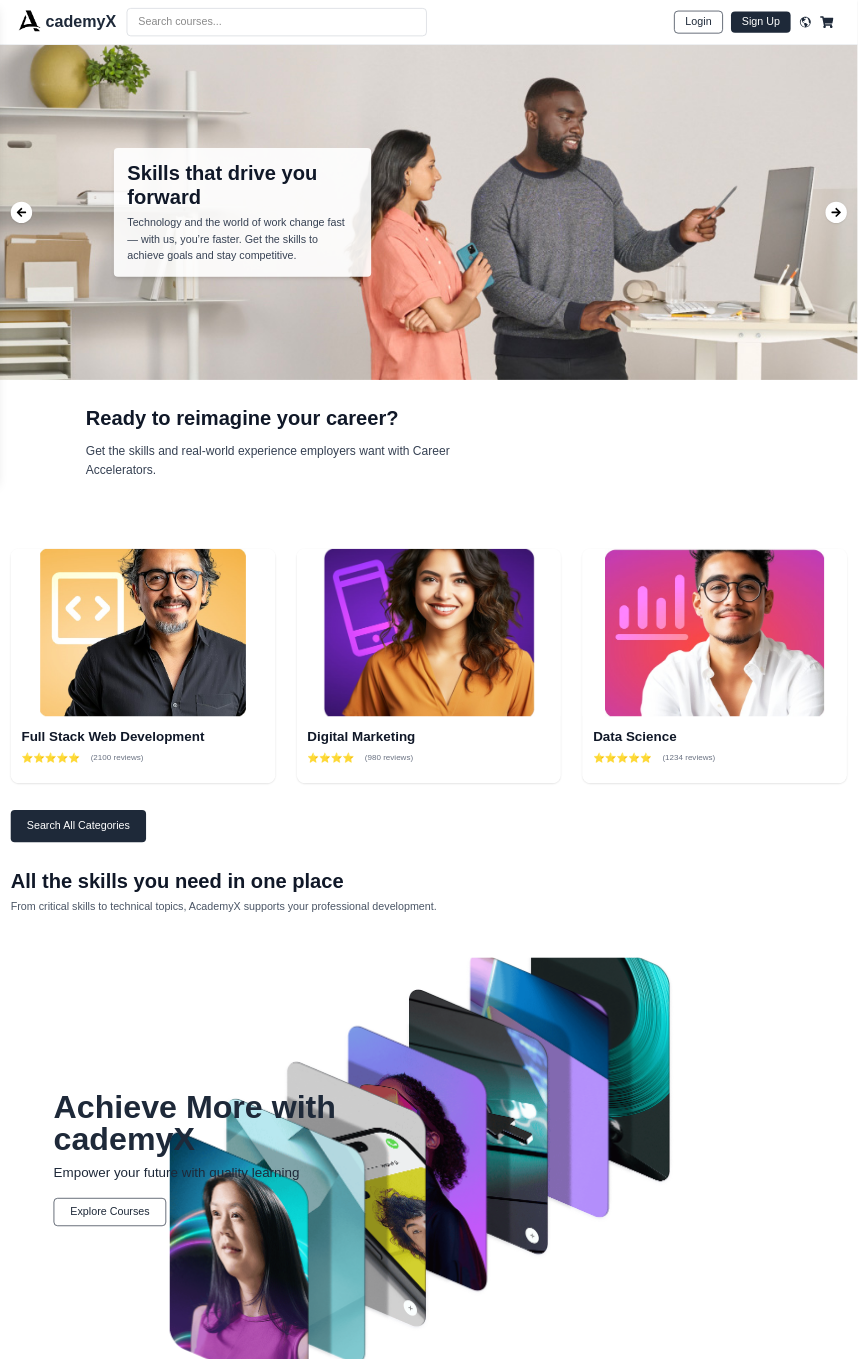
Repository: MohamedSalah54/full-stack-e-learning
Page: / (app in frontend/)
These files come from the project's save history. The page is drawn as it stood at one moment and after the next save; the edit follows.
The browser window is 1280 px wide. The pictures show the whole page, at 67% of full size.
The project was rebuilt for these pictures with package versions that can differ from the ones it lists, and the page was loaded fresh each time. The framework's server and built-in components were replaced by stand-ins that run in the browser. Also part of the build but not shown: frontend/next.config.ts.

Above is the page before, as saved 2025-06-15 15:31:04.

### frontend/src/app/layout.tsx
import type { Metadata } from "next";
import { Geist, Geist_Mono } from "next/font/google";
import "./globals.css";
import { Providers } from "@/app/providers";
import Navbar from "@/components/Navbar";

const geistSans = Geist({
  variable: "--font-geist-sans",
  subsets: ["latin"],
});

const geistMono = Geist_Mono({
  variable: "--font-geist-mono",
  subsets: ["latin"],
});

export const metadata: Metadata = {
  title: "Create Next App",
  description: "Generated by create next app",
};

export default function RootLayout({
  children,
}: Readonly<{
  children: React.ReactNode;
}>) {
  return (
    <html lang="en">
      <body
        className={`${geistSans.variable} ${geistMono.variable} antialiased`}
      >
        <Navbar/>
        <Providers>{children}</Providers>

      </body>
    </html>
  );
}

### frontend/src/app/page.tsx
import HeroBannerFixed from "@/components/home/HeroBannerFixed"
import HeroBannerSlider from "@/components/home/HeroBannerSlider"
import HeroCategories from "@/components/home/HeroCategories"

const Home = () => {
  return (
    <main className="flex flex-col items-center justify-center">
        <HeroBannerSlider/>
        <HeroCategories/>
        <HeroBannerFixed/>
    </main>
  )
}

export default Home

### frontend/src/app/providers.jsx
'use client';

import { Provider } from 'react-redux';
import { store } from '@/redux/store/store';
export function Providers({ children }) {
  return <Provider store={store}>{children}</Provider>;
}

### frontend/src/components/Navbar.tsx
'use client';

import { useState } from 'react';
import { FaShoppingCart, FaBars, FaTimes, FaSearch } from 'react-icons/fa';
import { IoMdGlobe } from 'react-icons/io';
import { useRouter } from 'next/navigation';

export default function Navbar() {
  const [isSidebarOpen, setIsSidebarOpen] = useState(false);
  const router = useRouter();
  const [isSearchOpen, setIsSearchOpen] = useState(false);


  return (
    <>
      {/* Navbar */}
      <nav className="bg-white shadow-sm border-b border-gray-200 py-3 px-4 sm:px-6">
        <div className="max-w-7xl mx-auto flex items-center justify-between">
          {/* Left - Hamburger + Logo */}
          <div className="flex items-center space-x-2">
            {/* Hamburger Icon - Visible on mobile only */}
            <button
              className="block md:hidden text-xl text-gray-800"
              onClick={() => setIsSidebarOpen(true)}
            >
              <FaBars />
            </button>

            {/* Logo */}
            <div
              className="flex items-center cursor-pointer"
              onClick={() => router.push('/')}
            >
              <div className="relative h-10 w-10">
                <img
                  src="/logo.png"
                  alt="Logo"
                  className="h-full w-full object-contain block"
                />
              </div>
              <span className="text-2xl font-bold text-gray-800 leading-none ml-1">
                cademyX
              </span>
            </div>
          </div>

          {/* Middle - Search (hidden on small screens) */}
          <div className="hidden md:flex flex-1 max-w-md mx-4">
            <input
              type="text"
              placeholder="Search courses..."
              className="w-full border border-gray-300 rounded-md px-4 py-2 focus:outline-none focus:ring-1 focus:ring-gray-800"
            />
          </div>

          {/* Right - Search & Cart (Always Visible) */}
          <div className="flex items-center space-x-3 ml-auto">
            <button
              className="hidden md:block px-4 py-1 border border-gray-800 text-gray-800 rounded-md hover:bg-gray-100 transition"
              onClick={() => router.push('/auth/login')}
            >
              Login
            </button>
            <button
              className="hidden md:block px-4 py-1 bg-gray-800 text-white rounded-md hover:bg-gray-700 transition"
              onClick={() => router.push('/auth/register')}
            >
              Sign Up
            </button>

            <IoMdGlobe className="hidden md:block text-gray-800 text-xl cursor-pointer hover:scale-110 transition" />

            <FaShoppingCart className="text-gray-800 text-xl cursor-pointer hover:scale-110 transition" />

            <FaSearch
              className="md:hidden text-gray-800 text-xl cursor-pointer hover:scale-110 transition"
              onClick={() => setIsSearchOpen(true)}
            />
          </div>


        </div>
      </nav>

      {isSearchOpen && (
        <div className="fixed inset-0 z-50 bg-white flex flex-col items-center justify-start px-4 pt-10">
          <div className="w-full max-w-2xl flex items-center gap-3 border-b border-gray-300 pb-2">
            <FaSearch className="text-gray-800 text-2xl" />

            {/* Search Input */}
            <input
              type="text"
              placeholder="Search courses..."
              autoFocus
              className="w-full text-lg focus:outline-none"
            />

            <FaTimes
              className="text-gray-800 text-2xl cursor-pointer"
              onClick={() => setIsSearchOpen(false)}
            />
          </div>
        </div>
      )}



      {/* Sidebar (Mobile) */}
      <div
        className={`fixed top-0 left-0 h-full w-64 bg-white shadow-lg z-50 transform transition-transform duration-300 ${isSidebarOpen ? 'translate-x-0' : '-translate-x-full'
          }`}
      >
        {/* Close Button */}
        <div className="flex justify-between items-center px-4 py-3 border-b">
          <h2 className="text-lg font-semibold">Menu</h2>
          <button
            onClick={() => setIsSidebarOpen(false)}
            className="text-xl text-gray-600"
          >
            <FaTimes />
          </button>
        </div>

        {/* Sidebar Links */}
        <div className="p-4 space-y-4">
          <button
            onClick={() => {
              router.push('/auth/login');
              setIsSidebarOpen(false);
            }}
            className="w-full text-left text-gray-800 hover:text-gray-600"
          >
            Login
          </button>
          <button
            onClick={() => {
              router.push('/auth/register');
              setIsSidebarOpen(false);
            }}
            className="w-full text-left text-gray-800 hover:text-gray-600"
          >
            Sign Up
          </button>
          <div className="border-t pt-4">
            <p className="text-gray-500 text-sm font-medium mb-2">Categories</p>
            <ul className="space-y-2">
              <li className="cursor-pointer hover:text-gray-600">Web Development</li>
              <li className="cursor-pointer hover:text-gray-600">Design</li>
              <li className="cursor-pointer hover:text-gray-600">Marketing</li>
            </ul>
          </div>
        </div>
      </div>

      {/* Overlay */}
      {isSidebarOpen && (
        <div
          className="fixed inset-0 bg-black/40 z-40"
          onClick={() => setIsSidebarOpen(false)}
        ></div>
      )}
    </>
  );
}

### frontend/src/components/home/HeroBannerFixed.tsx
// components/HeroBannerFixed.tsx
'use client';

import React from 'react';

const HeroBannerFixed = () => {
  return (
    <section className="relative w-full h-[400px] md:h-[500px] lg:h-[600px] overflow-hidden">
      {/* Background Image */}
      <img
        src="/hero-fixed.png" // غيّر المسار حسب صورتك
        alt="Hero"
        className="w-full h-full object-cover"
      />

      {/* Overlay Content */}
      <div className="absolute inset-0 flex items-center justify-start px-6 md:px-20">
        <div className="text-white max-w-md">
          <h1 className="text-3xl md:text-5xl font-bold mb-3 text-gray-800">Achieve More with cademyX</h1>
          <span className="block text-lg md:text-xl mb-6 text-gray-800">Empower your future with quality learning</span>
          <button className="px-6 py-2 border border-gray-800 text-gray-800 bg-white rounded-md hover:bg-gray-100 transition">
            Explore Courses
          </button>
        </div>
      </div>
    </section>
  );
};

export default HeroBannerFixed;

### frontend/src/components/home/HeroBannerSlider.tsx
"use client";

import React, { useState } from "react";
import { FaArrowLeft, FaArrowRight } from "react-icons/fa";
import { heroSlides } from "@/constants";

const slides = heroSlides;

const HeroBannerSlider = () => {
  const [current, setCurrent] = useState(0);

  const nextSlide = () => {
    setCurrent((prev) => (prev + 1) % slides.length);
  };

  const prevSlide = () => {
    setCurrent((prev) => (prev - 1 + slides.length) % slides.length);
  };

  return (
    <>
      {/* Slider Section */}
      <section className="w-full relative bg-white overflow-hidden">
        {/* Wrapper for center and padding on large screens */}
        <div className="w-full max-w-screen-xl mx-auto relative h-[300px] sm:h-[400px] md:h-[500px]">
          {slides.map((slide, index) => (
            <img
              key={index}
              src={slide.image}
              alt="Hero"
              className={`absolute top-0 left-0 w-full h-full object-cover object-[60%] transition-opacity duration-700 ${
                index === current ? "opacity-100 z-10" : "opacity-0 z-0"
              }`}
            />
          ))}

          {/* Arrows */}
          <button
            onClick={prevSlide}
            className="absolute top-1/2 left-4 transform -translate-y-1/2 bg-white text-black p-2 rounded-full shadow hover:bg-gray-200 z-40"
          >
            <FaArrowLeft />
          </button>
          <button
            onClick={nextSlide}
            className="absolute top-1/2 right-4 transform -translate-y-1/2 bg-white text-black p-2 rounded-full shadow hover:bg-gray-200 z-40"
          >
            <FaArrowRight />
          </button>

          {/* Text Box for Large Screens */}
          <div className="hidden md:block absolute top-1/2 left-[170px] transform -translate-y-1/2 z-30">
            <div className="bg-white/90 p-5 rounded-md max-w-sm shadow-md">
              <h1 className="text-2xl lg:text-3xl font-bold text-gray-900 mb-2">
                {slides[current].title}
              </h1>
              <p className="text-gray-700 text-base">{slides[current].description}</p>
            </div>
          </div>
        </div>
      </section>

      {/* Text Below Image for Small Screens */}
      <div className="block md:hidden w-full bg-white pt-6 px-4">
        <div className="bg-white p-0 shadow-none rounded-none">
          <h1 className="text-xl font-bold text-gray-900 mb-2">{slides[current].title}</h1>
          <p className="text-gray-700 text-sm">{slides[current].description}</p>
        </div>
      </div>

      {/* Section Below */}
      <div className="w-full text-left py-10 bg-white px-4 sm:px-10 md:px-32">
        <h1 className="text-2xl sm:text-3xl font-bold text-gray-900 mb-4">
          Ready to reimagine your career?
        </h1>
        <p className="text-base sm:text-lg text-gray-700 max-w-xl">
          Get the skills and real-world experience employers want with Career Accelerators.
        </p>
      </div>
    </>
  );
};

export default HeroBannerSlider;

### frontend/src/components/home/HeroCategories.tsx
import { heroCategories } from "@/constants";

const HeroCategories = () => {
    const categories = heroCategories
    return (
       <section className="w-full py-16 px-4 bg-white">
  {/* Cards */}
  <div className="max-w-7xl mx-auto grid grid-cols-1 sm:grid-cols-2 lg:grid-cols-3 gap-8">
    {categories.map((cat, index) => (
      <div
        key={index}
        className="bg-white rounded-xl overflow-hidden shadow transition min-h-[350px] hover:bg-gray-100 cursor-pointer"
      >
        <img
          src={cat.image}
          alt={cat.title}
          className="w-full h-[250px] object-contain bg-white"
        />
        <div className="p-4">
          <h3 className="text-xl font-semibold text-gray-900 mb-2">{cat.title}</h3>
          <p className="text-sm text-gray-600 flex items-center gap-2">
            {"⭐".repeat(Math.round(cat.rating))}
            <span className="text-xs text-gray-500 ml-2">
              ({cat.reviews} reviews)
            </span>
          </p>
        </div>
      </div>
    ))}
  </div>

  {/* Search button */}
  <div className="flex justify-start mt-10 max-w-7xl mx-auto">
    <button className="bg-gray-800 text-white px-6 py-3 rounded-md hover:bg-gray-700 transition cursor-pointer">
      Search All Categories
    </button>
  </div>

  {/* Heading + Span */}
  <div className="text-left mt-10 max-w-7xl mx-auto">
    <h1 className="text-3xl font-bold text-gray-900 mb-2">
      All the skills you need in one place
    </h1>
    <span className="text-gray-600 text-base">
      From critical skills to technical topics, AcademyX supports your professional development.
    </span>
  </div>
</section>

    );
};

export default HeroCategories;

### frontend/src/constants/index.ts
//Home Page
export const heroSlides = [
    {
        image: "/banner1.jpg",
        title: "Skills that drive you forward",
        description: "Technology and the world of work change fast — with us, you’re faster. Get the skills to achieve goals and stay competitive.",
    },
    {
        image: "/banner2.jpg",
        title: "Learning that gets you",
        description: "Skills for your present (and your future). Get started with us.",
    },
];

export const heroCategories = [
    {
        title: "Full Stack Web Development",
        image: "/full-stack.jpg",
        rating: 5.0,
        reviews: 2100,
    },
    {
        title: "Digital Marketing",
        image: "/digital-marketing.jpg",
        rating: 4.0,
        reviews: 980,
    },
    {
        title: "Data Science",
        image: "/data-science.jpg",
        rating: 4.5,
        reviews: 1234,
    },
];

Loaded but not shown: frontend/src/app/globals.css (common file); frontend/src/redux/store/store.ts (common file)

After the next save:
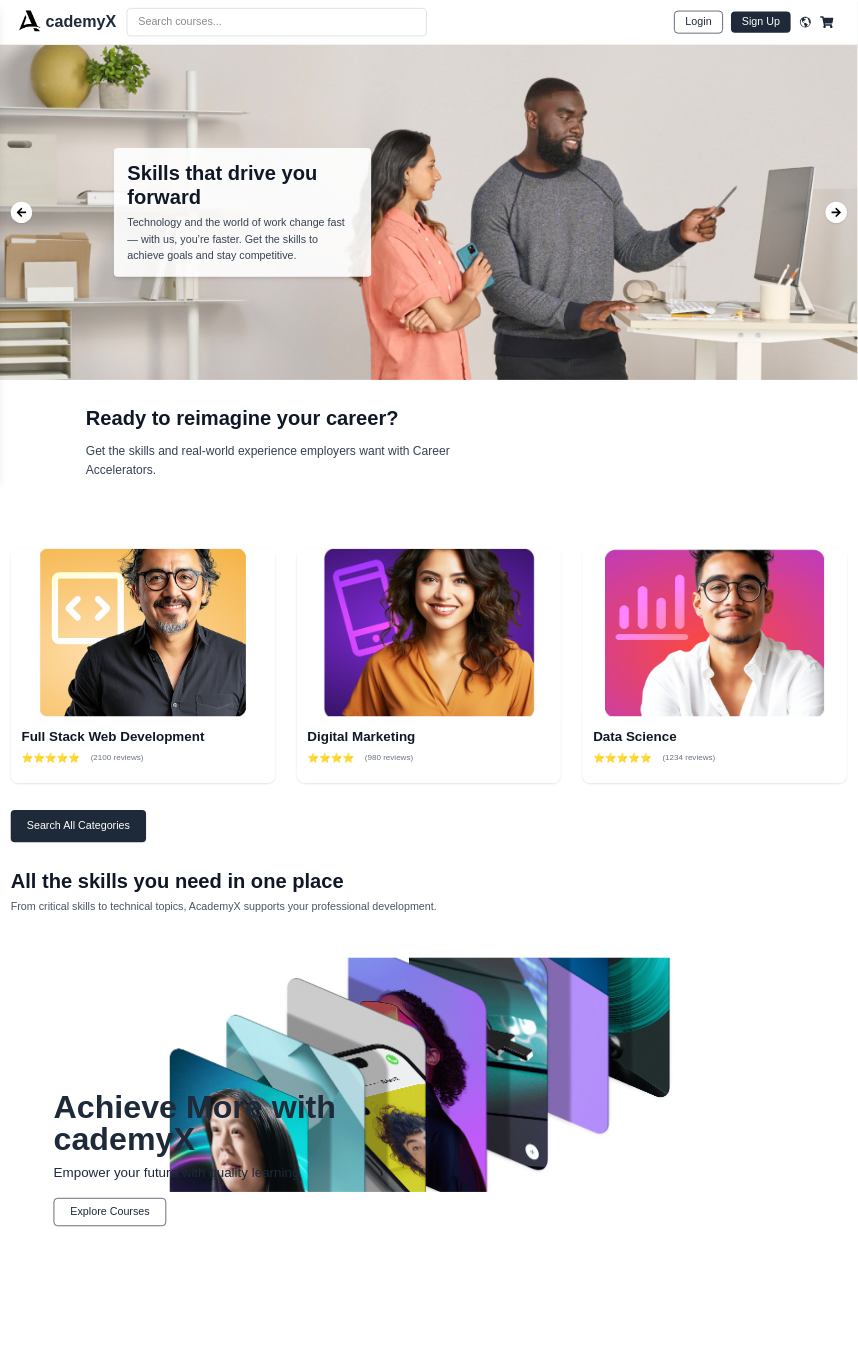
Saved 6 s later.
--- a/frontend/src/components/home/HeroBannerFixed.tsx
+++ b/frontend/src/components/home/HeroBannerFixed.tsx
@@ -10,7 +10,7 @@
       <img
         src="/hero-fixed.png" // غيّر المسار حسب صورتك
         alt="Hero"
-        className="w-full h-full object-cover"
+  className="w-full h-[250px] md:h-[300px] lg:h-[350px] object-cover"
       />
 
       {/* Overlay Content */}
